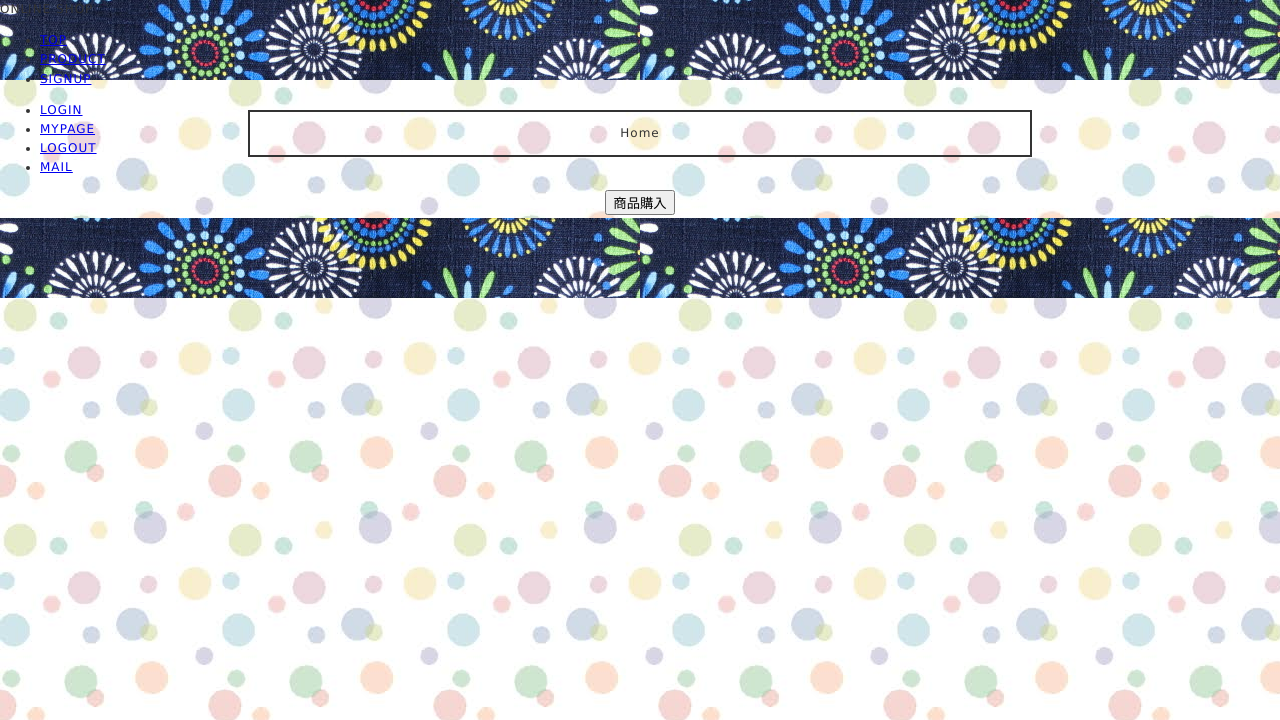
Repository: rt-1217/j2
Page: http://localhost/ecsite01/
An editor plug-in stored every save of this project. The page is shown before and after the next save, followed by the edit.
The browser window is 1280 px wide. The pictures show the whole page.
The page is served by Tomcat 9. Other server files are loaded and not shown.

Above is the page before, as saved 2018-05-29 06:30:27.

### ecsite01/WebContent/home.jsp
<%@ page language="java" contentType="text/html; charset=UTF-8"
    pageEncoding="UTF-8"%>
    <%@ taglib prefix="s" uri="/struts-tags" %>
<!DOCTYPE html PUBLIC "-//W3C//DTD HTML 4.01 Transitional//EN" "http://www.w3.org/TR/html4/loose.dtd">
<html>
<head>
<meta http-equiv="Content-Type" content="text/html; charset=UTF-8">
<meta http-equiv="Content-Style-Type" content="text/css" />
<meta http-equiv="Content-Script-Type" content="text/javascript" />
<meta http-equiv="imagetoolbar" content="no" />
<meta name="description" content="" />
<meta name="keywords" content="" />
<!-- CSSの読み込み -->
<link rel="stylesheet" type="text/css" href="./css/basis.css">
<link rel="stylesheet" type="text/css" href="./css/table.css">


<title>Home画面</title>



</head>
<body>

<div id="header">
<div class="header-logo">ONLINE SHOP</div>

<div class="top-menu">

<div class="left-list">
<ul class="top-li">
<li><a href='<s:url action="GoHomeAction"/>'>TOP</a></li>
<li><a href='<s:url action="ProductPageAction"/>'>PRODUCT</a></li>
<li><a href='<s:url action="UserCreateAction"/>'>SIGNUP</a></li>
</ul>
</div>

<div class="right-list">
<ul>
<li><a href='<s:url action="GoLoginAction"/>'>LOGIN</a></li>
<li><a href='<s:url action="MyPageAction"/>'>MYPAGE</a></li>
<li><a href='<s:url action="LogoutAction"/>'>LOGOUT</a></li>
<li><a href='<s:url action="InquiryAction"/>'>MAIL</a></li>
</ul>

</div>




</div>

</div>

<div id="main">
<div id="top">
<p>Home</p>
</div>

<div id="text-center">
<s:form action="HomeAction">
<s:submit value ="商品購入"/>
</s:form>

<s:if test="#session.id !=null">
<p>ログアウトする場合は
<a href ='<s:url action="LogoutAction" />'>こちら</a></p>
</s:if>

</div>


</div>

<div id="footer">

</div>


</body>
</html>

### ecsite01/WebContent/css/basis.css
@CHARSET "UTF-8";

/* ========TAG LAYOUT======== */
body {
margin:0;
padding:0;
line-height:1.6;
letter-spacing:1px;
font-family:Verdana, Helvetica, sans-serif;
font-size:12px;
color:#333;
background:#fff;
background-image:url("../image/tama.jpg");
background-attachment: fixed;
/* background-size:contain; */
/* background-repeat: no-repeat; */


}
table {
text-align:center;
margin:0 auto;
}


/* ========ID LAYOUT======== */
#top {
width:780px;
margin:30px auto;
border:2px solid #333;
}
#header {
width: 100%;
height: 80px;
/* background-color: black; */
background-image:url("../image/hanabi2.jpg");

}
#main {
width: 100%;
height: 100%;
text-align: center;
}
#footer {
width: 100%;
height: 80px;
background-color: black;
clear:both;
background-image:url("../image/hanabi2.jpg");
}


.red{
	color:red;
}
/*floatの解除*/
.clear{
	clear:both;
}

### ecsite01/WebContent/css/table.css
@CHARSET "UTF-8";

.item-table{
	text-align:center;

}


.dl-list{
	margin:0px;
	padding:0px;
	width:100%;
}

.dd-list{
	width:31%;
	display:inline-block;

	background-color: rgba(226, 255, 225, 0.2);
 	font-size: 12px;
 	float:left;
	margin:0;
	padding:15px 0px;
	margin-left:2%;
	margin-bottom:20px;
}
.dd-list:last-child {
	margin-right: 0;
}

.button{
	margin:0 auto;
	text-align:center;
	width:100px;
	height:100px;

}

After the next save:
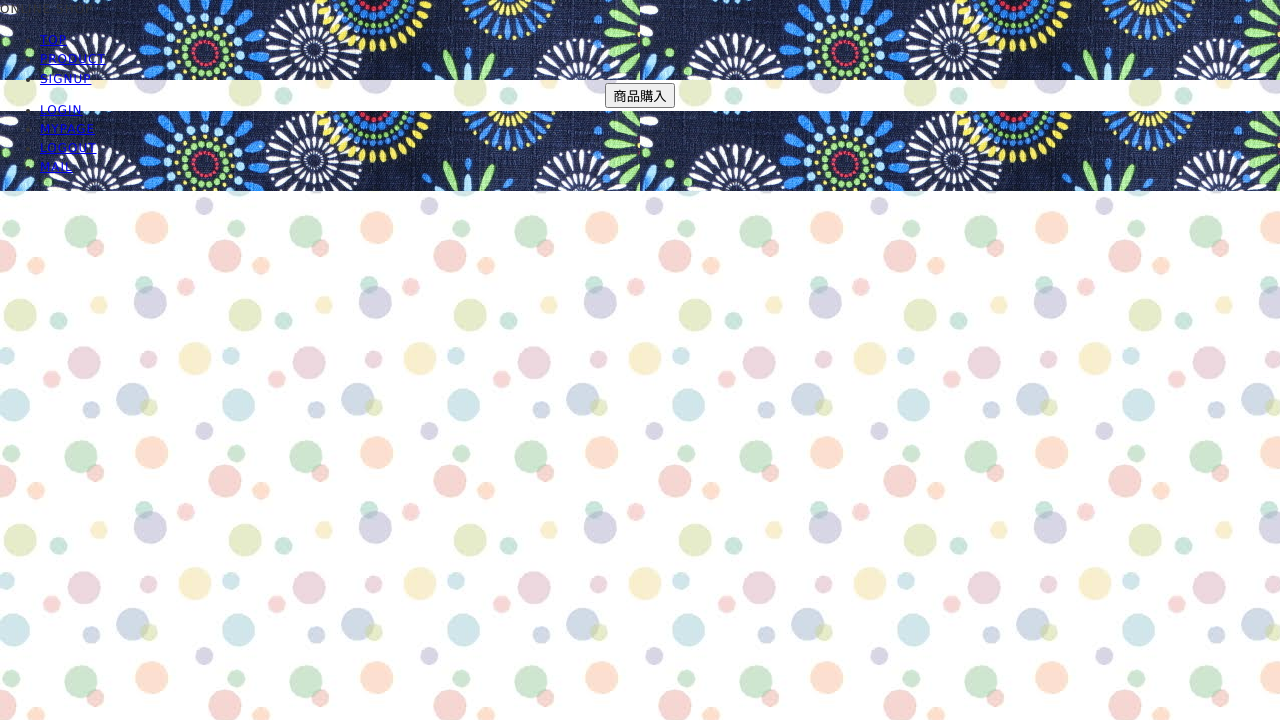
Saved 37 min 35 s later.
--- a/ecsite01/WebContent/home.jsp
+++ b/ecsite01/WebContent/home.jsp
@@ -53,9 +53,9 @@
 </div>
 
 <div id="main">
-<div id="top">
-<p>Home</p>
-</div>
+<!-- <div id="top"> -->
+<!-- <p>Home</p> -->
+<!-- </div> -->
 
 <div id="text-center">
 <s:form action="HomeAction">
